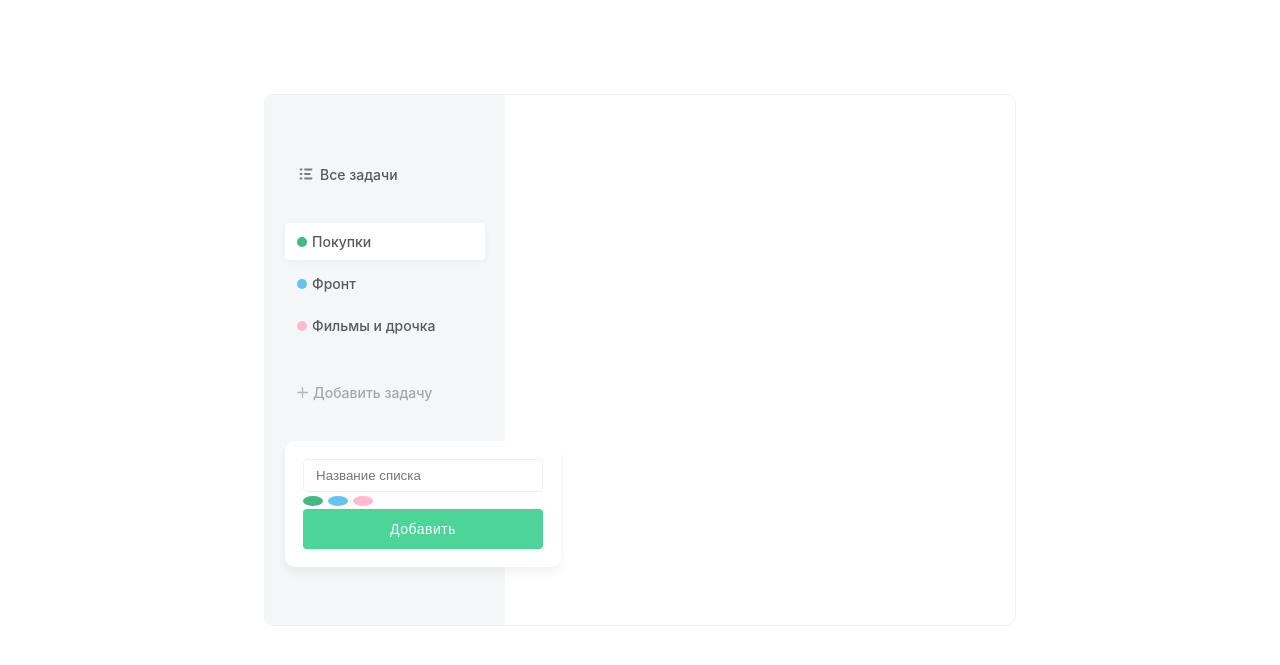
Repository: AzimAzimov/Todo
Page: /
An editor plug-in stored every save of this project. The page is shown before and after the next save, followed by the edit.
The browser window is 1280 px wide. The pictures show the whole page.
The project was rebuilt for these pictures with package versions that can differ from the ones it lists, and the page was loaded fresh each time.

Above is the page before, as saved 2023-02-19 15:10:55.

### src/index.js
import React from 'react';
import ReactDOM from 'react-dom/client';
import './scss/index.scss';
import App from './App';

const root = ReactDOM.createRoot(document.getElementById('root'));
root.render(
  <React.StrictMode>
    <App />
  </React.StrictMode>
);

### src/scss/index.scss
@import "_normalize.scss";

body {
  margin: 0;
  font-family: -apple-system, BlinkMacSystemFont, 'Segoe UI', 'Montserrat', 'Oxygen',
    'Ubuntu', 'Cantarell', 'Fira Sans', 'Droid Sans', 'Helvetica Neue',
    sans-serif;
  -webkit-font-smoothing: antialiased;
  -moz-osx-font-smoothing: grayscale;
}

.todo {
  position: absolute;
  left: 50%;
  top: 50%;
  width: 750px;
  height: 530px;
  transform: translate(-50%, -50%);
  border: 1px solid #f1f1f1;
  border-radius: 10px;
  overflow: hidden;
  font-size: 14px;
  // background-color: #F4F6F8;
  &__sidebar {
    background: #F4F6F8;
    width: 200px;
    height: calc(100% - 120px);
    padding: 60px 20px;
  }

}

### src/App.js
import React, { useState } from 'react';
import AddButtonList from './components/addButtonList/AddButtonList';

import List from './components/sidebar/List';
import DB from './assets/db.json'
import './scss/index.scss';


function App() {

  const [ value, setValue ] = useState('kjjk')

  return (
    <div className="todo">
      <div className="todo__sidebar">
        <List items={[
          {
            icon: (
              <svg width="18" height="18" viewBox="0 0 18 18" fill="none" xmlns="http://www.w3.org/2000/svg">
                <path d="M12.96 8.10001H7.74001C7.24321 8.10001 7.20001 8.50231 7.20001 9.00001C7.20001 9.49771 7.24321 9.90001 7.74001 9.90001H12.96C13.4568 9.90001 13.5 9.49771 13.5 9.00001C13.5 8.50231 13.4568 8.10001 12.96 8.10001V8.10001ZM14.76 12.6H7.74001C7.24321 12.6 7.20001 13.0023 7.20001 13.5C7.20001 13.9977 7.24321 14.4 7.74001 14.4H14.76C15.2568 14.4 15.3 13.9977 15.3 13.5C15.3 13.0023 15.2568 12.6 14.76 12.6ZM7.74001 5.40001H14.76C15.2568 5.40001 15.3 4.99771 15.3 4.50001C15.3 4.00231 15.2568 3.60001 14.76 3.60001H7.74001C7.24321 3.60001 7.20001 4.00231 7.20001 4.50001C7.20001 4.99771 7.24321 5.40001 7.74001 5.40001ZM4.86001 8.10001H3.24001C2.74321 8.10001 2.70001 8.50231 2.70001 9.00001C2.70001 9.49771 2.74321 9.90001 3.24001 9.90001H4.86001C5.35681 9.90001 5.40001 9.49771 5.40001 9.00001C5.40001 8.50231 5.35681 8.10001 4.86001 8.10001ZM4.86001 12.6H3.24001C2.74321 12.6 2.70001 13.0023 2.70001 13.5C2.70001 13.9977 2.74321 14.4 3.24001 14.4H4.86001C5.35681 14.4 5.40001 13.9977 5.40001 13.5C5.40001 13.0023 5.35681 12.6 4.86001 12.6ZM4.86001 3.60001H3.24001C2.74321 3.60001 2.70001 4.00231 2.70001 4.50001C2.70001 4.99771 2.74321 5.40001 3.24001 5.40001H4.86001C5.35681 5.40001 5.40001 4.99771 5.40001 4.50001C5.40001 4.00231 5.35681 3.60001 4.86001 3.60001Z" fill="black"/>
              </svg>
            ),
            name: 'Все задачи',
          }
        ]} />
        <List
          isRemovable={true}
          items={[
            {
              color: 'green',
              name: 'Покупки',
              active: true,
            },
            {
              color: 'blue',
              name: 'Фронт',
            },
            {
              color: 'pink',
              name: 'Фильмы и дрочка',
            },
          ]}
        />
        <AddButtonList colors={DB.colors} />
      </div>
      <div className='todo__tasks'></div>
    </div>
  );
}

export default App;

### src/scss/_normalize.scss
* {
  padding: 0;
  margin: 0;
  list-style: none;
  outline: none;
}

html {
  -ms-text-size-adjust: 100%;
  -webkit-text-size-adjust: 100%;
}

body {
  -moz-osx-font-smoothing: grayscale;
  -webkit-font-smoothing: antialiased;

}

a,
span,
p,
b,
h1,
h2,
h3,
h4,
h5 {
  margin: 0;
  padding: 0;
  text-decoration: none
}

h1 {
  font-size: 48px;
}

h2 {
  font-weight: 600;
  font-size: 28px;
  line-height: 30px;
}

a {
  text-decoration: none;
}

### src/components/addButtonList/AddButtonList.jsx
import React, {useState} from 'react'
import Badge from '../badge/Badge';
import List from '../sidebar/List'
import "./AddListButton.scss"


const AddButtonList = () => {
  const [visiblePopup, setVisiblePopup] = useState(true);

  return (
    <div className="add__list">
      <List
        onClick={()=> setVisiblePopup(true)}
        items={[
          {
            className: 'todo__list__button',
            icon: (
              <svg width="11" height="11" viewBox="0 0 16 16" fill="none" xmlns="http://www.w3.org/2000/svg">
                <path d="M8 1V15" stroke="black" strokeWidth="2" strokeLinecap="round" strokeLinejoin="round"/>
                <path d="M1 8H15" stroke="black" strokeWidth="2" strokeLinecap="round" strokeLinejoin="round"/>
              </svg>
            ),
            name: 'Добавить задачу'
          }
        ]}
      />
      {visiblePopup &&
        <div className="add__list__popup">
          <input className='field' type='text' placeholder='Название списка' />
          <div className="add__list__popup__colors">
            <ul>
              <li><Badge color="green" /></li>
              <li><Badge color="blue" /></li>
              <li><Badge color="pink" /></li>
            </ul>
          </div>
          <button className='button'>Добавить</button>
        </div>
      }
    </div>
  )
}

export default AddButtonList

### src/components/sidebar/List.jsx
import React from 'react'
import classNames from 'classnames';

import './List.scss';
import Badge from '../badge/Badge';

const List = ({ items, isRemovable, onClick }) => {
  return (
    <ul onClick={onClick} className='todo__list'>
      {items.map((item, index) => (
        <li key={index} className={classNames(item.className, { active: item.active })}>
          <i>{item.icon ? item.icon : <Badge color={item.color} />}</i>
          <span>{item.name}</span>
        </li>
      ))}
    </ul>
  )
}

export default List

### src/assets/db.json
{
  "lists": [
    {
      "id": 1,
      "name": "Продажи",
      "colorId": 5
    },
    {
      "id": 2,
      "name": "Фронтенд",
      "colorId": 4
    },
    {
      "id": 3,
      "name": "Фильмы и сериалы",
      "colorId": 3
    },
    {
      "id": 4,
      "name": "Книги",
      "colorId": 2
    },
    {
      "id": 5,
      "name": "Личное",
      "colorId": 1
    },
    {
      "name": "Спорт",
      "colorId": 3,
      "id": 6
    },
    {
      "name": "Курс по ReactJS ToDo",
      "colorId": 7,
      "id": 7
    }
  ],
  "tasks": [
    {
      "id": 1,
      "listId": 2,
      "text": "Изучить JavaScript",
      "completed": true
    },
    {
      "id": 2,
      "listId": 2,
      "text": "Изучить паттерны проектирования",
      "completed": false
    },
    {
      "id": 3,
      "listId": 2,
      "text": "ReactJS Hooks (useState, useReducer, useEffect и т.д.)",
      "completed": true
    },
    {
      "id": 4,
      "listId": 2,
      "text": "Redux (redux-observable, redux-saga)",
      "completed": false
    },
    {
      "listId": 2,
      "text": "123",
      "completed": true,
      "id": 5
    },
    {
      "listId": 1,
      "text": "test",
      "completed": false,
      "id": 6
    },
    {
      "listId": 1,
      "text": "qweqwe",
      "completed": false,
      "id": 7
    },
    {
      "listId": 1,
      "text": "qweqwe",
      "completed": true,
      "id": 8
    },
    {
      "listId": 1,
      "text": "123",
      "completed": false,
      "id": 9
    },
    {
      "listId": 4,
      "text": "Купить 1984!",
      "completed": true,
      "id": 10
    },
    {
      "listId": 2,
      "text": "222",
      "completed": true,
      "id": 12
    },
    {
      "listId": 7,
      "text": "Сделали сайдбар",
      "completed": true,
      "id": 15
    },
    {
      "listId": 7,
      "text": "Сделали список задач",
      "completed": true,
      "id": 16
    },
    {
      "listId": 7,
      "text": "Сделали удаление и редактирование задач и списков",
      "completed": true,
      "id": 17
    },
    {
      "listId": 8,
      "text": "tttt",
      "completed": false,
      "id": 18
    }
  ],
  "colors": [
    {
      "id": 1,
      "hex": "#C9D1D3",
      "name": "grey"
    },
    {
      "id": 2,
      "hex": "#42B883",
      "name": "green"
    },
    {
      "id": 3,
      "hex": "#64C4ED",
      "name": "blue"
    },
    {
      "id": 4,
      "hex": "#FFBBCC",
      "name": "pink"
    },
    {
      "id": 5,
      "hex": "#B6E6BD",
      "name": "lime"
    },
    {
      "id": 6,
      "hex": "#C355F5",
      "name": "purple"
    },
    {
      "id": 7,
      "hex": "#110133",
      "name": "black"
    },
    {
      "id": 8,
      "hex": "#FF6464",
      "name": "red"
    }
  ]
}

### src/components/badge/Badge.jsx
import React from 'react'

import "./Barge.scss"

const Badge = ({ color }) => <i className={`badge badge__${color}`}></i>

export default Badge

### src/components/addButtonList/AddListButton.scss
.add__list {
  &__popup {
    width: 240px;
    background: #FFFFFF;
    box-shadow: 0px 6px 10px rgba(0, 0, 0, 0.05);
    border-radius: 10px;
    padding: 18px;
    &__colors {
      ul {
        display: flex;
        gap: 5px;
        .badge {
          width: 20px;
        }
      }
    }
  }

  .field {
    width: 100%;
    background: #FFFFFF;
    border: 1px solid #EFEFEF;
    border-radius: 4px;
    box-sizing: border-box;
    padding: 8px 12px;
    &:focus {
      border-color: #dadada;
    }
  }

  .button {
    cursor: pointer;
    width: 100%;
    padding: 12px 20px;
    background: #4DD599;
    border-radius: 4px;
    border: none;
    letter-spacing: .5px;
    font-size: 14px;
    color: #FFFFFF;
    transition: all 0.3 ease;
    &:hover {
      background: darken(#4DD599, 4%);
    }
    &:active {
      background: darken(#4DD599, 12%);
    }
  }
}

### src/components/sidebar/List.scss

.todo__list {
  margin-bottom: 30px;
  &__button {
    opacity: 0.5;
    &:hover {
      opacity: 1;
    }
    svg {
      transition: all 0.3s ease;
      path {
        stroke: #7C7C7C;
      }
    }
    span {
      color: #7c7c7c;
      transition: all 0.3s ease;
    }
  }

  li {
    display: flex;
    align-items: center;
    gap: 5px;
    padding: 10px 12px;
    margin-bottom: 5px;
    cursor: pointer;
    &.active {
      background: #FFFFFF;
      box-shadow: 0px 2px 10px rgba(0, 0, 0, 0.04);
      border-radius: 4px;
    }

    i {
      display: inline-flex;
      svg {
        path {
          fill: #7C7C7C;
        }
      }
    }

    span {
      font-weight: 500;
      color: #595959;
    }
  }
}

### src/components/badge/Barge.scss
  .badge {
    display: inline-block;
    width: 10px;
    height: 10px;
    border-radius: 50%;

    &__green {
      background-color: #42B883;
    }

    &__blue {
      background-color: #64C4ED;
    }

    &__pink {
      background-color: #FFBBCC;
    }
  }

Loaded but not shown: public/index.html (common file)

After the next save:
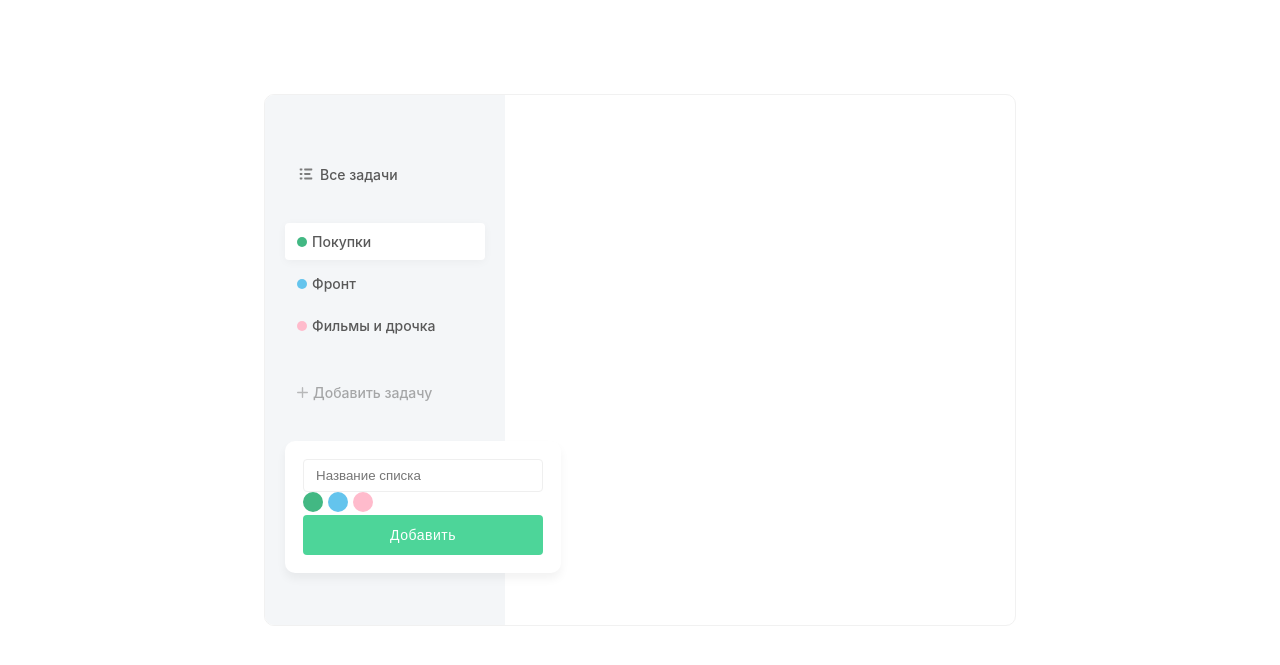
Saved 4 s later.
--- a/src/components/addButtonList/AddListButton.scss
+++ b/src/components/addButtonList/AddListButton.scss
@@ -11,6 +11,7 @@
         gap: 5px;
         .badge {
           width: 20px;
+          height: 20px;
         }
       }
     }
